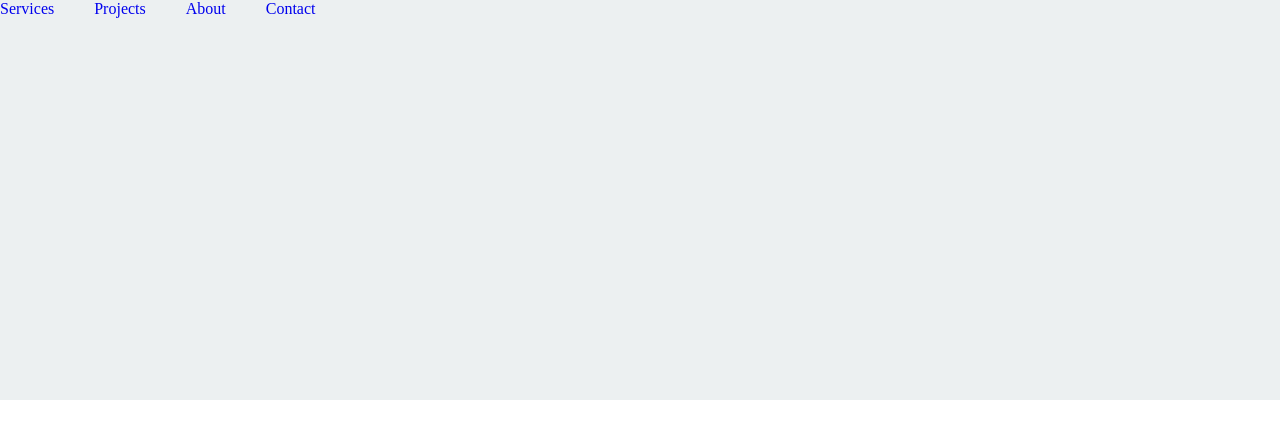
Repository: arifshahriyarnader/css-flexbox
Page: Exercise 1/index.html
The author's editor kept a copy of each file at every save. The page is drawn from the files as they stood at one save, then again after the next save.
The browser window is 1280 px wide. The pictures show the whole page.

Above is the page before, as saved 2024-06-15 13:03:49.

After the next save:
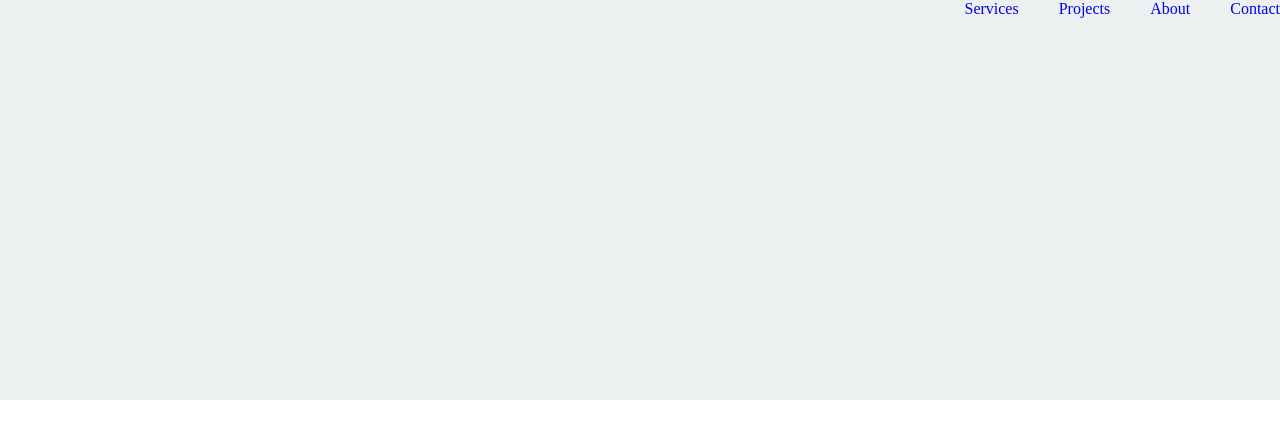
Saved 4 s later.
--- a/Exercise 1/index.html
+++ b/Exercise 1/index.html
@@ -8,7 +8,6 @@
 </head>
 <body>
    <nav class="menubar_sec">
-       <div class="first_navbar">
         <div></div>
         <div class="leftmenu_link">
             <ul>
